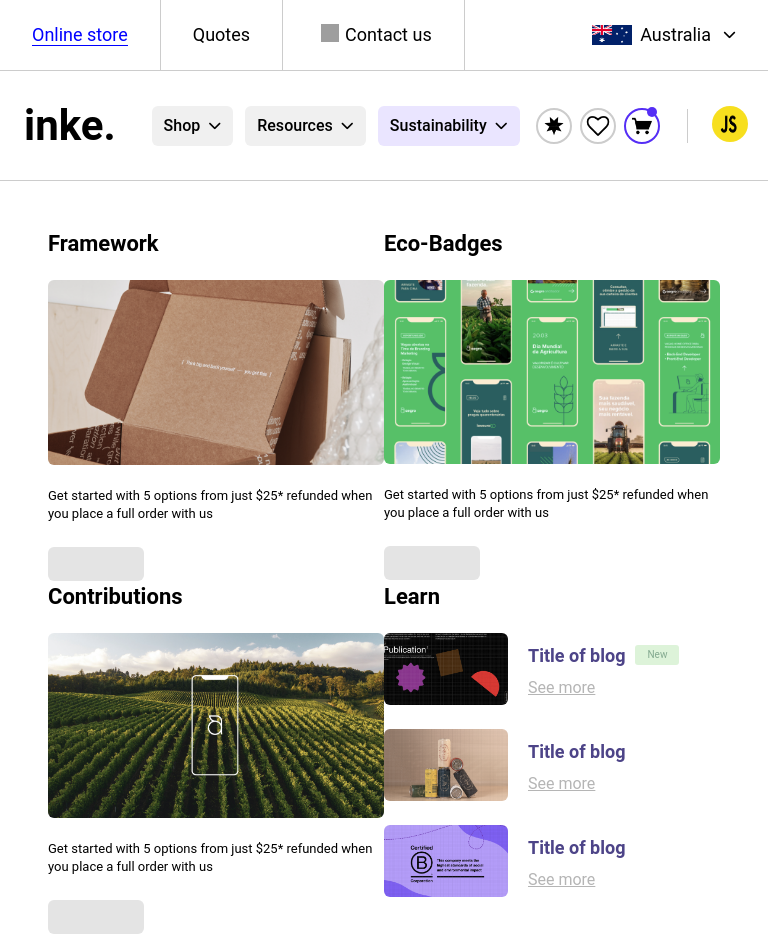
Repository: NguyenMinhKhanhB1909929/Practice_HTML-01
Page: index.html
An editor plug-in stored every save of this project. The page is shown before and after the next save, followed by the edit.
The browser window is 768 px wide. The pictures show the whole page.
Pictures or frames that could not be fetched are drawn as grey boxes. Some web libraries are served in a nearby version.

Above is the page before, as saved 2022-04-07 18:55:03.

After the next save:
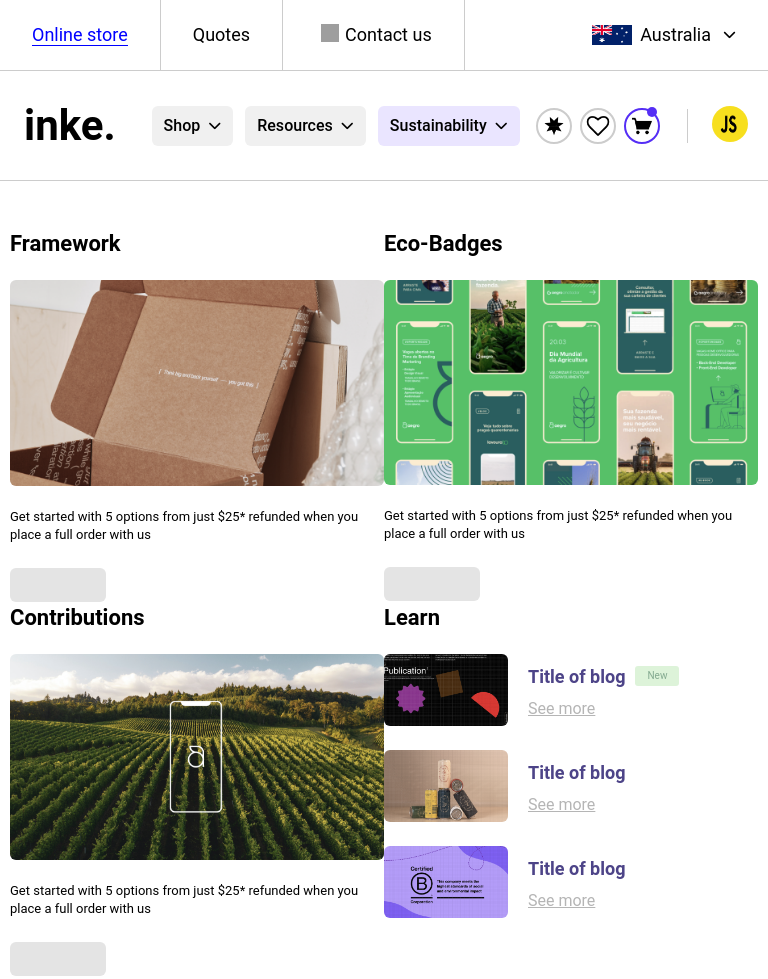
Saved 18 s later.
--- a/asset/style/style.css
+++ b/asset/style/style.css
@@ -295,7 +295,7 @@ a {
   }
   /* Container */
   .container {
-    margin: 0 48px;
+    margin: 0 10px;
   }
   .row {
     flex-wrap: wrap;
